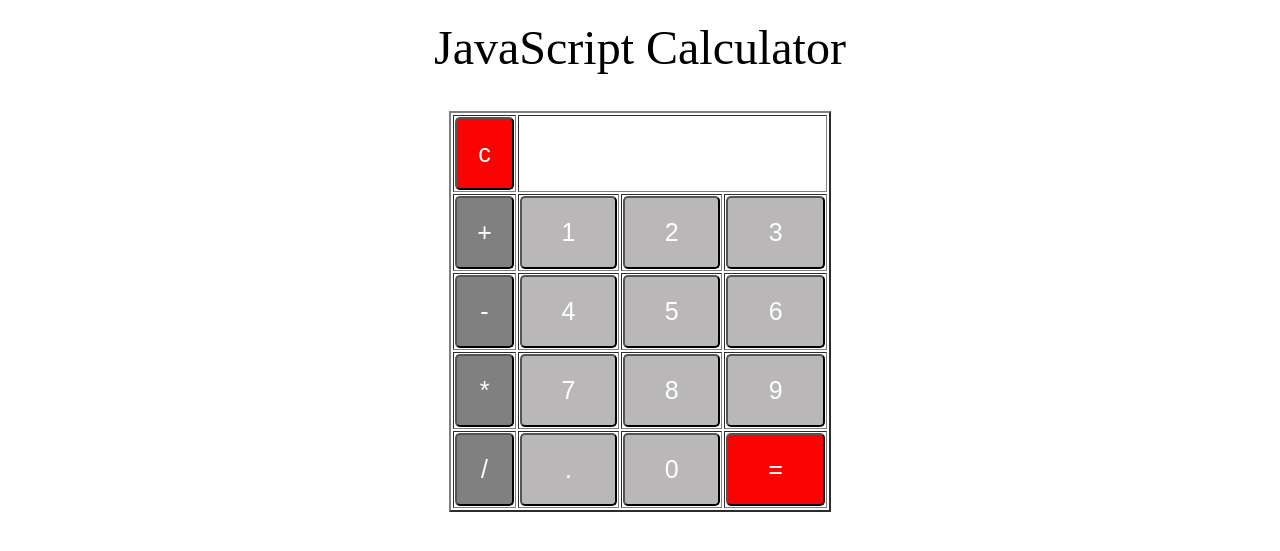
Repository: spidero7/Simple-Calculator
Page: index.html
These files come from the project's save history. The page is drawn as it stood at one moment and after a run of saves; the edit follows.
The browser window is 1280 px wide. The pictures show the whole page.

Above is the page before, as saved 2021-09-15 08:41:45.

### index.html
<!DOCTYPE html>
<html lang="en">
<head>
    <meta charset="UTF-8">
    <meta http-equiv="X-UA-Compatible" content="IE=edge">
    <meta name="viewport" content="width=device-width, initial-scale=1.0">
    <title>Calculator</title>
    <link rel="stylesheet" href="style.css">
</head>
<body>
        <div class="title">JavaScript Calculator</div>
        <div class="calculator-container">
            <table border="2">
                <tr>
                    <td><input type="button" value="c" onclick="clr()"/></td>
                    <td colspan="3"><input type="text" id="textval"/></td>
                </tr>
                <tr>
                    <td><input type="button" value="+" class="action" onclick="display('+')"/></td>
                    <td><input type="button" value="1" class="numbers" onclick="display('1')"/></td>
                    <td><input type="button" value="2" class="numbers" onclick="display('2')"/></td>
                    <td><input type="button" value="3" class="numbers" onclick="display('3')"/></td>
                </tr>
                <tr>
                    <td><input type="button" value="-" class="action" onclick="display('-')"/></td>
                    <td><input type="button" value="4" class="numbers" onclick="display('4')"/></td>
                    <td><input type="button" value="5" class="numbers" onclick="display('5')"/></td>
                    <td><input type="button" value="6" class="numbers" onclick="display('6')"/></td>
                </tr>
                <tr>
                    <td><input type="button" value="*" class="action" onclick="display('*')"/></td>
                    <td><input type="button" value="7" class="numbers" onclick="display('7')"/></td>
                    <td><input type="button" value="8" class="numbers" onclick="display('8')"/></td>
                    <td><input type="button" value="9" class="numbers" onclick="display('9')"/></td>
                </tr>
                <tr>
                    <td><input type="button" value="/" class="action" onclick="display('/')"/></td>
                    <td><input type="button" value="." class="numbers" onclick="display('.')"/></td>
                    <td><input type="button" value="0" class="numbers" onclick="display('0')"/></td>
                    <td><input type="button" value="=" class="equals" onclick="equals()"/></td>
                </tr>
            </table>
        </div>
    <script src="app.js"></script>
</body>
</html>

### style.css
* {
    box-sizing: border-box;
}

body {
    margin: 0;
    padding: 0;
}

.calculator-container {
    display: flex;
    justify-content: center;
    align-items: center;
    width: 100vw;
    height: 60vh;
}

.title {
    display: flex;
    text-align: center;
    margin: 20px;
    font-size: 3rem;
    justify-content: center;
}


input[type="button"] {
    color: white;
    border-radius: 5px;
    border-color: black;
    width: 100%;
    padding: 20px;
    font-size: 25px;
    cursor: pointer;
}

input[type="text"] {
    text-align: right;
    background-color: none;
    color: black;
    border: none;
    width: 100%;
    padding: 20px;
    font-size: 20px;
}

input[value="c"], .equals {
    background-color: rgb(250, 3, 3);
}

.action {
    background-color: grey;
}

.numbers {
    background-color: rgb(185, 183, 183);
}

### app.js
function display(val) {
    document.getElementById("textval").value+=val
}

function equals() {
    let x = document.getElementById("textval").value
    let y = eval(x)
    document.getElementById('textval').value = y
}

function clr() {
    document.getElementById('textval').value = ""
}

After the next 3 saves:
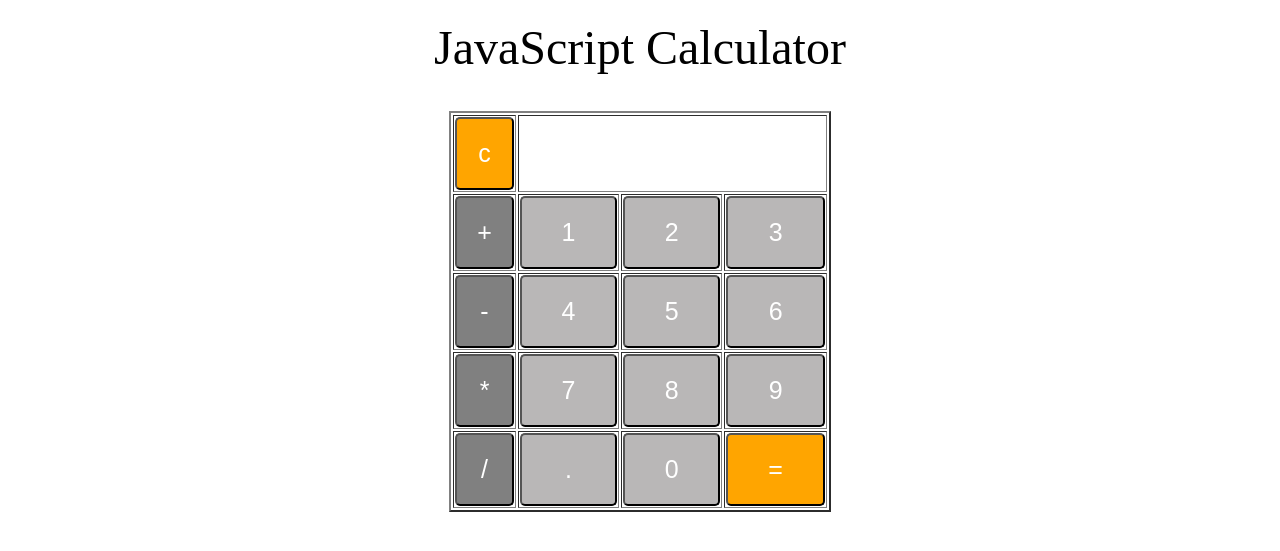
The 3 saves are shown as one change because they came seconds apart.
The last was saved 8 s later.
--- a/style.css
+++ b/style.css
@@ -45,7 +45,7 @@ input[type="text"] {
 }
 
 input[value="c"], .equals {
-    background-color: rgb(250, 3, 3);
+    background-color: orange;
 }
 
 .action {
